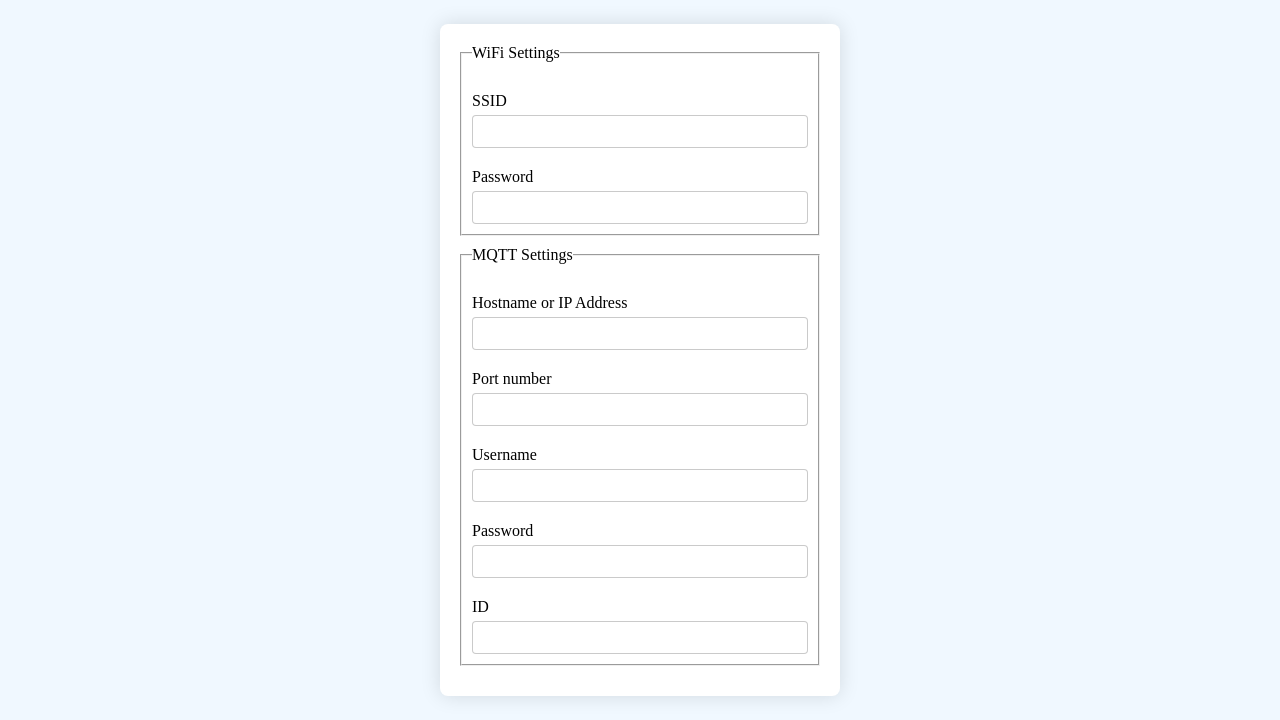
Repository: alex-dow/psikon-weather-station
Page: / (app in webapp/)
The author's editor kept a copy of each file at every save. The page is drawn from the files as they stood at one save, then again after the next save.
The browser window is 1280 px wide. The pictures show the whole page.
The project was rebuilt for these pictures with package versions that can differ from the ones it lists, and the page was loaded fresh each time.

Above is the page before, as saved 2021-12-10 14:21:10.

After the next save:
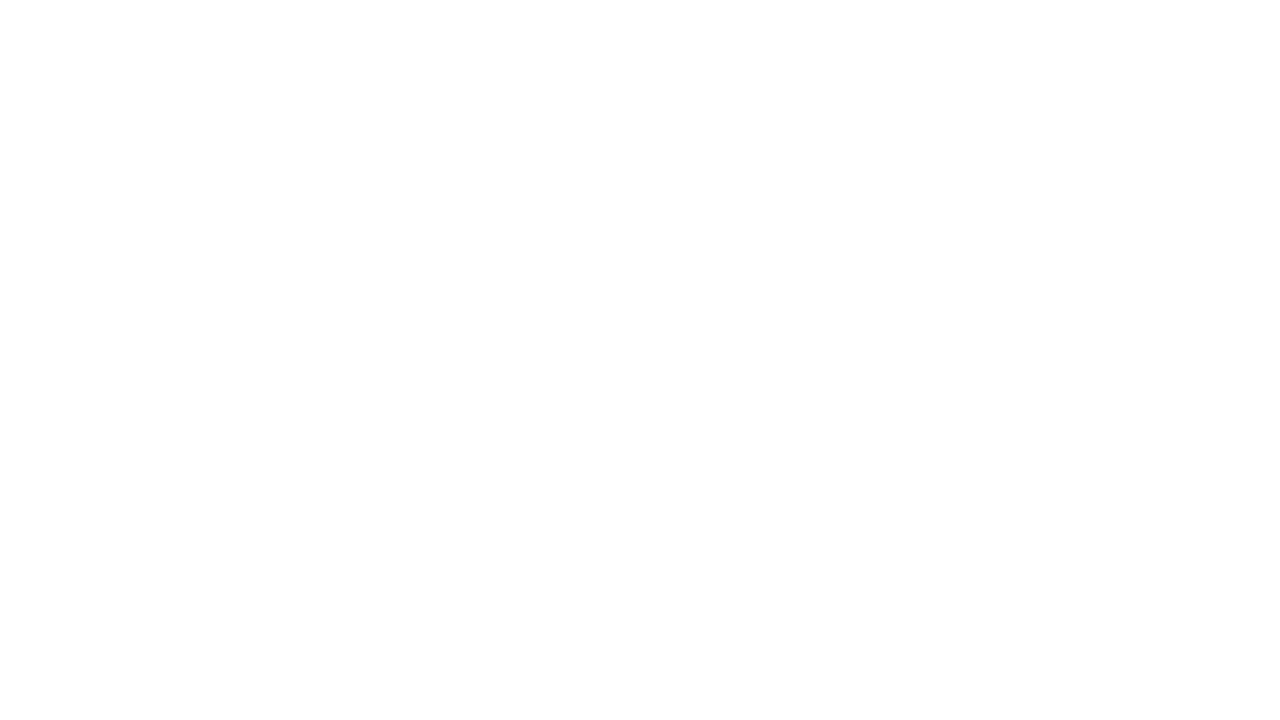
Console error: RangeError: Maximum call stack size exceeded
Saved 22 s later.
--- a/webapp/src/WiFiList.svelte
+++ b/webapp/src/WiFiList.svelte
@@ -1,5 +1,6 @@
 <script>
 import { loading_networks, networks } from './store.js';
+import WiFiList from './WiFiList.svelte';
 
 let _networks;
 let _loading_networks;
@@ -17,3 +18,5 @@ loading_networks.subscribe(value => _loading_networks = value);
 {:else}
 <p>Loading networks ...</p>
 {/if}
+
+<WiFiList/>

After the save that followed:
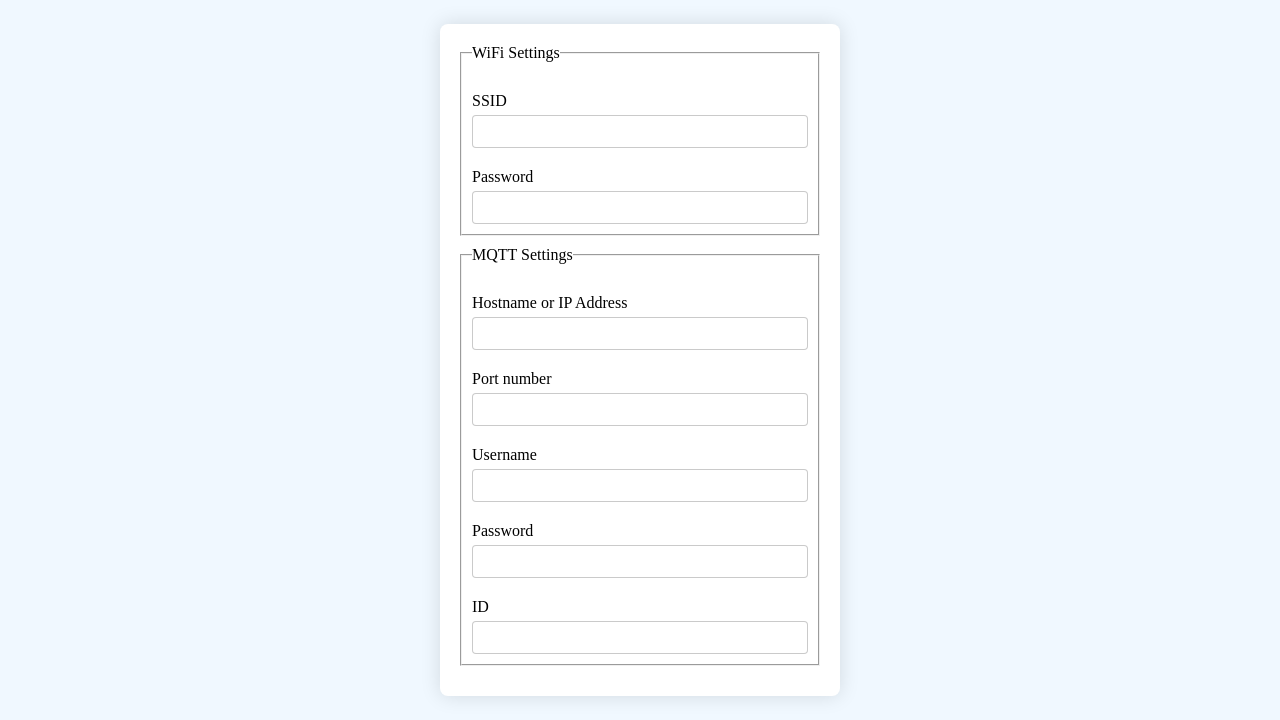
The error is gone.
Saved 20 s later.
--- a/webapp/src/App.svelte
+++ b/webapp/src/App.svelte
@@ -1,14 +1,13 @@
 <script>
 import MqttForm from "./MqttForm.svelte";
 import WiFiForm from "./WiFiForm.svelte";
-import WiFiList from './WiFiList.svelte';
 </script>
 
 
 <section>
   <div class="container">
     <form>
-      <WiFiList/>
+
       <WiFiForm/>
       <MqttForm/>
     </form>
